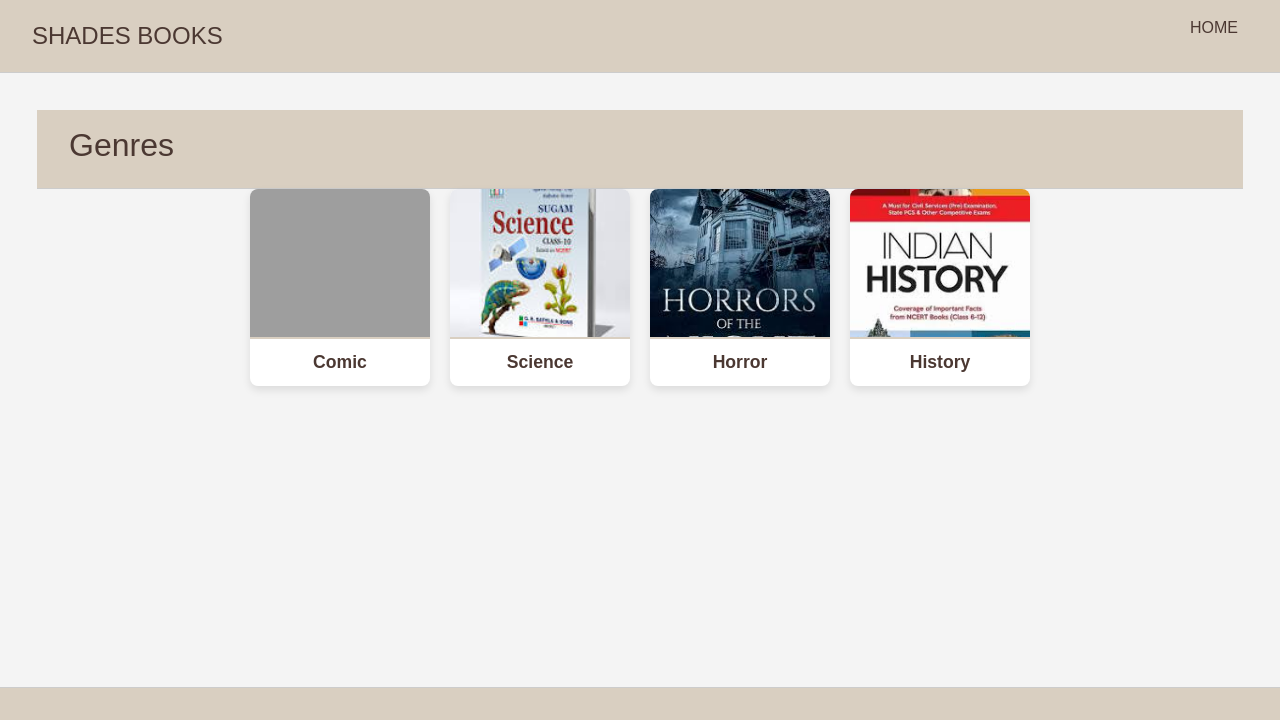
Repository: Harishsuresh-kumar/Library-Web
Page: WORK SITE/rough.html
These files come from the project's save history. The page is drawn as it stood at one moment and after the next save; the edit follows.
The browser window is 1280 px wide. The pictures show the whole page.
Pictures or frames that could not be fetched are drawn as grey boxes.

Above is the page before, as saved 2024-11-06 23:23:34.

After the next save:
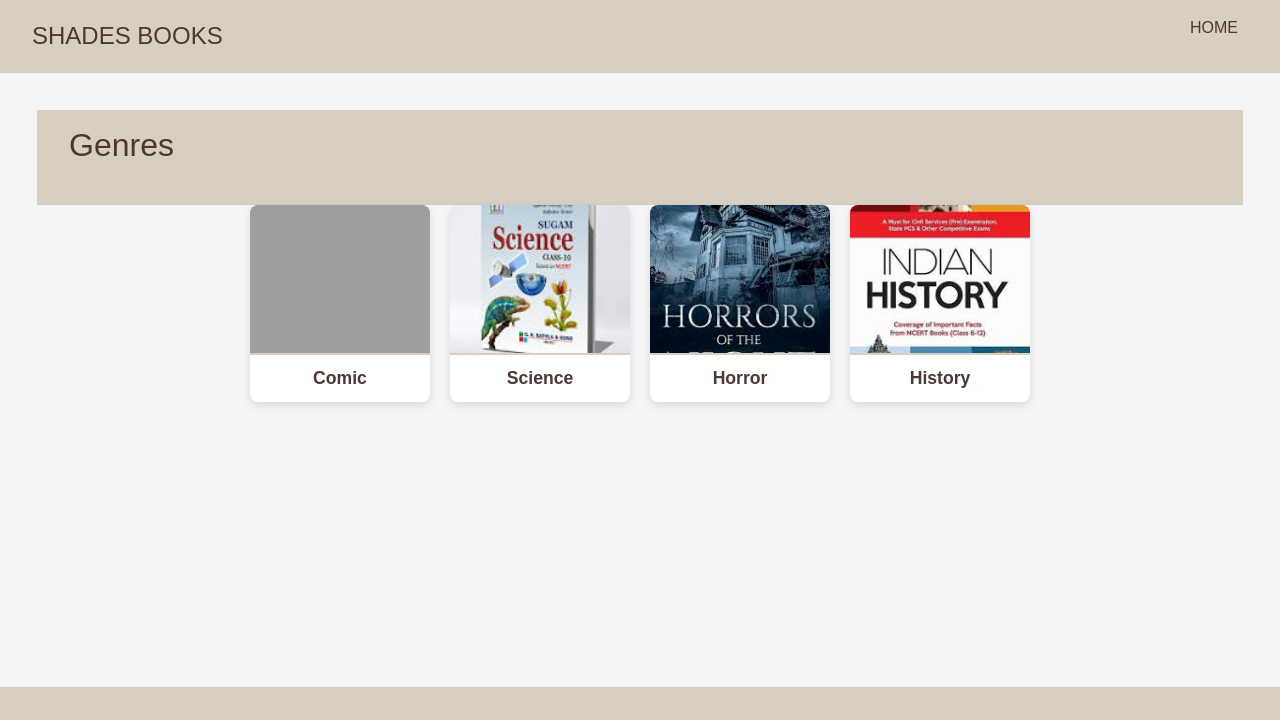
Saved 4 s later.
--- a/WORK SITE/rough.css
+++ b/WORK SITE/rough.css
@@ -61,7 +61,7 @@
 .header h1 {
     font-size: 2rem;
     color: #4B3832;
-    margin-bottom: q1.5rem;
+    margin-bottom: 1.5rem;
 }
 
 /* Genres Section */
